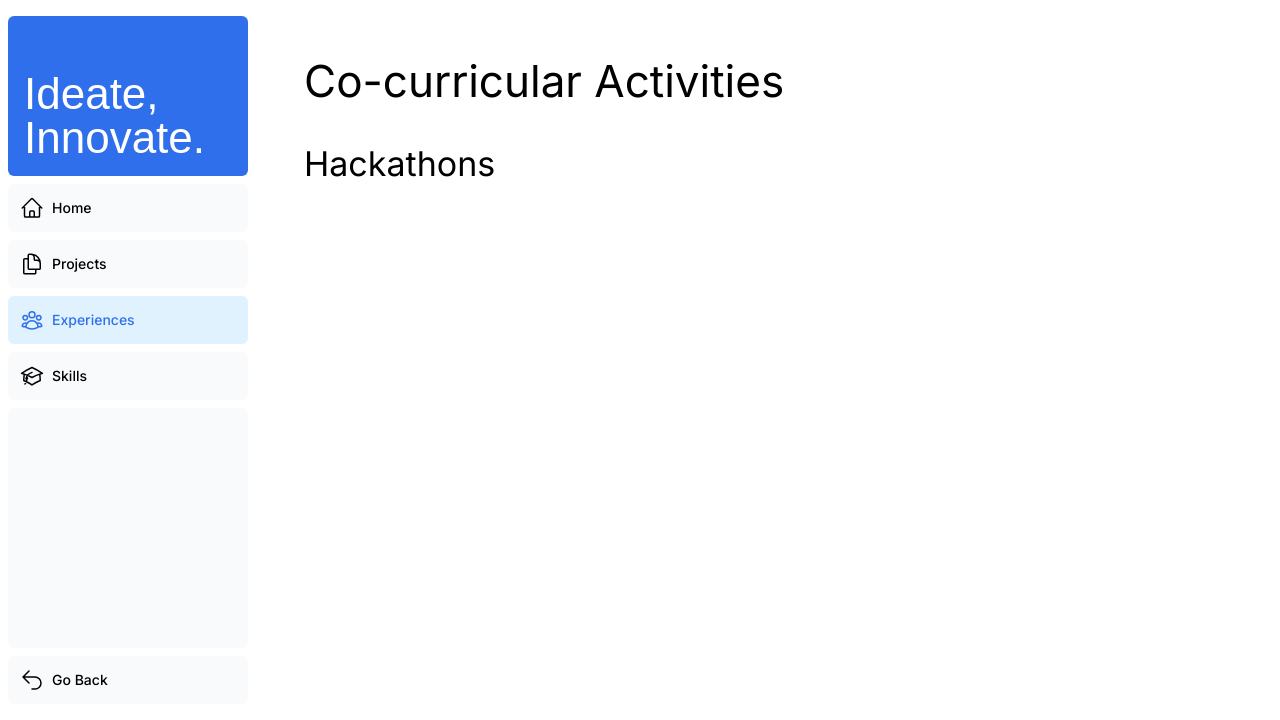
Repository: ThatGirlJam/jaime-portfolio
Page: /dashboard/experiences
The author's editor kept a copy of each file at every save. The page is drawn from the files as they stood at one save, then again after the next save.
The browser window is 1280 px wide. The pictures show the whole page.
Some web fonts or font styles are not loaded; a fallback is used. The project was rebuilt for these pictures with package versions that can differ from the ones it lists, and the page was loaded fresh each time. The framework's server and built-in components were replaced by stand-ins that run in the browser. Also part of the build but not shown: next.config.js.

Above is the page before, as saved 2024-04-09 23:37:01.

### app/dashboard/experiences/page.tsx
export default function Page() {
  return (
  <div>
    <p className="text-[44px]"> Co-curricular Activities </p>
    <br />
    <p className="text-[34px]"> Hackathons </p>
     <br />
  </div>
  );
}

### app/ui/fonts.ts
import { Inter } from 'next/font/google';
import { Lusitana } from 'next/font/google';

export const inter = Inter({ subsets: ['latin'] });

export const lusitana = Lusitana({
  weight: ['400', '700'],
  subsets: ['latin'],
});

### app/ui/dashboard/sidenav.tsx
import Link from 'next/link';
import NavLinks from '@/app/ui/dashboard/nav-links';
import BannerLogo from '@/app/ui/banner-logo';
import { ArrowUturnLeftIcon } from '@heroicons/react/24/outline';

export default function SideNav() {
  return (
    <div className="flex h-full flex-col px-3 py-4 md:px-2">
      <Link
        className="h-25 mb-2 flex items-end justify-start rounded-md bg-blue-600 p-4 md:h-40"
        href="/"
      >
        <div className="w-32 text-white md:w-40">
          <BannerLogo />
        </div>
      </Link>
      <div className="flex grow flex-row justify-between space-x-2 md:flex-col md:space-x-0 md:space-y-2">
        <NavLinks />
        <div className="hidden h-auto w-full grow rounded-md bg-gray-50 md:block"></div>
        <Link href="/">
          <button className="flex h-[48px] w-full grow items-center justify-center gap-2 rounded-md bg-gray-50 p-3 text-sm font-medium hover:bg-sky-100 hover:text-blue-600 md:flex-none md:justify-start md:p-2 md:px-3">
            <ArrowUturnLeftIcon className="w-6" />
            <div className="hidden md:block">Go Back</div>
          </button>
        </Link>
      </div>
    </div>
  );
}

### app/ui/dashboard/nav-links.tsx
'use client';

import {
  UserGroupIcon,
  HomeIcon,
  DocumentDuplicateIcon,
  AcademicCapIcon,
} from '@heroicons/react/24/outline';
import Link from 'next/link';
import { usePathname } from 'next/navigation';
import clsx from 'clsx';

// Map of links to display in the side navigation.
// Depending on the size of the application, this would be stored in a database.
const links = [
  { name: 'Home', href: '/dashboard', icon: HomeIcon },
  {
    name: 'Projects',
    href: '/dashboard/projects',
    icon: DocumentDuplicateIcon,
  },
  { name: 'Experiences', href: '/dashboard/experiences', icon: UserGroupIcon },
  { name: 'Skills', href: '/dashboard/skills', icon: AcademicCapIcon },
];

export default function NavLinks() {
  const pathname = usePathname();

  return (
    <>
      {links.map((link) => {
        const LinkIcon = link.icon;
        return (
          <Link
            key={link.name}
            href={link.href}
            //When the link.href aka link of the nav option matches the curr path name, turn blue to show user is on that page
            className={clsx(
              'flex h-[48px] grow items-center justify-center gap-2 rounded-md bg-gray-50 p-3 text-sm font-medium hover:bg-sky-100 hover:text-blue-600 md:flex-none md:justify-start md:p-2 md:px-3',
              {
                'bg-sky-100 text-blue-600': pathname === link.href,
              },
            )}
          >
            <LinkIcon className="w-6" />
            <p className="hidden md:block">{link.name}</p>
          </Link>
        );
      })}
    </>
  );
}

### app/ui/banner-logo.tsx
import { lusitana } from '@/app/ui/fonts';

export default function BannerLogo() {
  return (
    <div
      className={`${lusitana.className} flex flex-row items-center leading-none text-white`}
    >
      <p className="text-[44px]">Ideate, Innovate.</p>
    </div>
  );
}

Loaded but not shown: app/layout.tsx (common file); app/dashboard/layout.tsx (common file); app/ui/global.css (common file); tailwind.config.ts (common file)

After the next save:
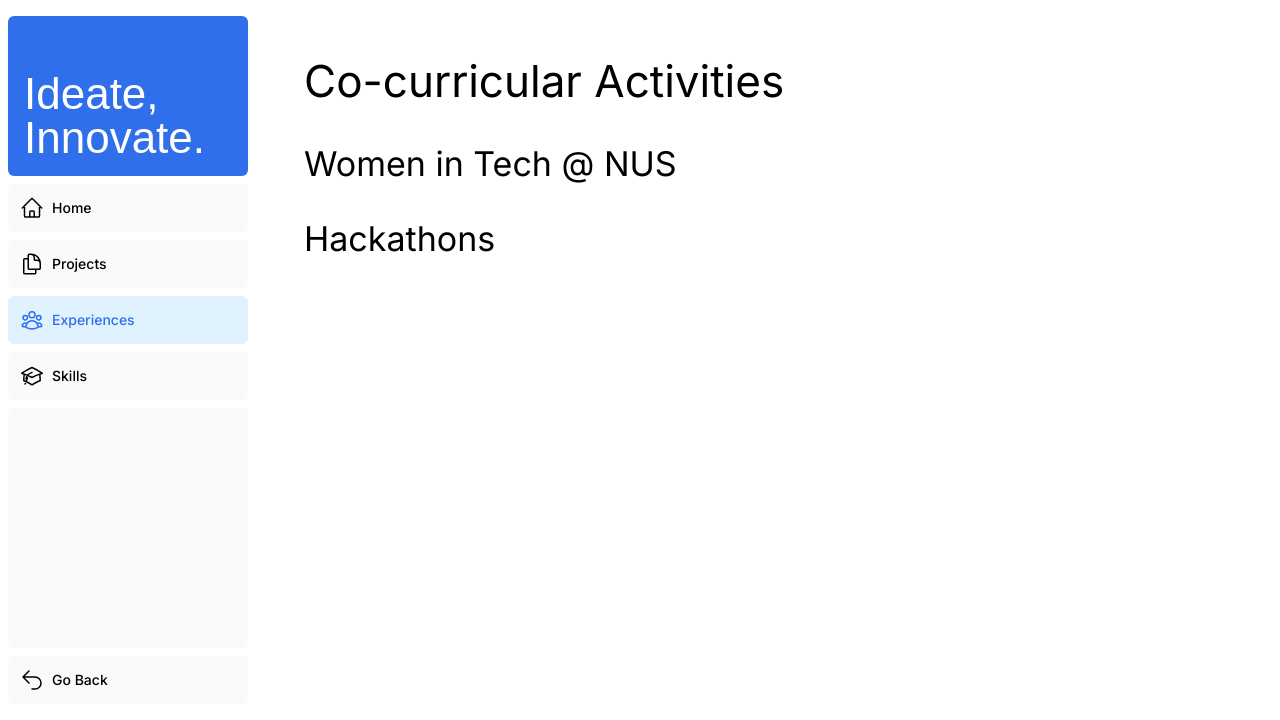
Saved 11 s later.
--- a/app/dashboard/experiences/page.tsx
+++ b/app/dashboard/experiences/page.tsx
@@ -3,6 +3,9 @@ export default function Page() {
   <div>
     <p className="text-[44px]"> Co-curricular Activities </p>
     <br />
+    <p className="text-[34px]"> Women in Tech @ NUS </p>
+    <br />
+
     <p className="text-[34px]"> Hackathons </p>
      <br />
   </div>
